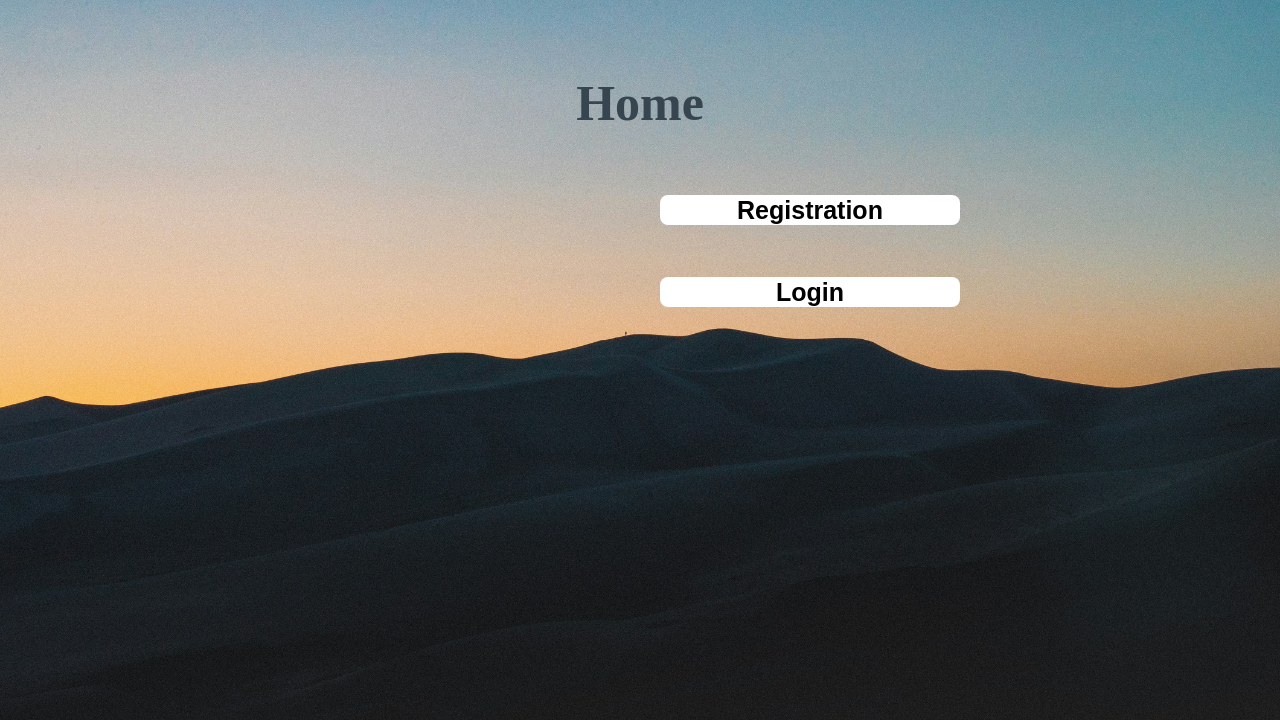
Repository: aboli-vyas/Servlet_Projects
Page: http://localhost/Sevlet_Project/
An editor plug-in stored every save of this project. The page is shown before and after the next save, followed by the edit.
The browser window is 1280 px wide. The pictures show the whole page.
The page is served by Tomcat 9.

Above is the page before, as saved 2025-06-09 16:04:57.

After the next save:
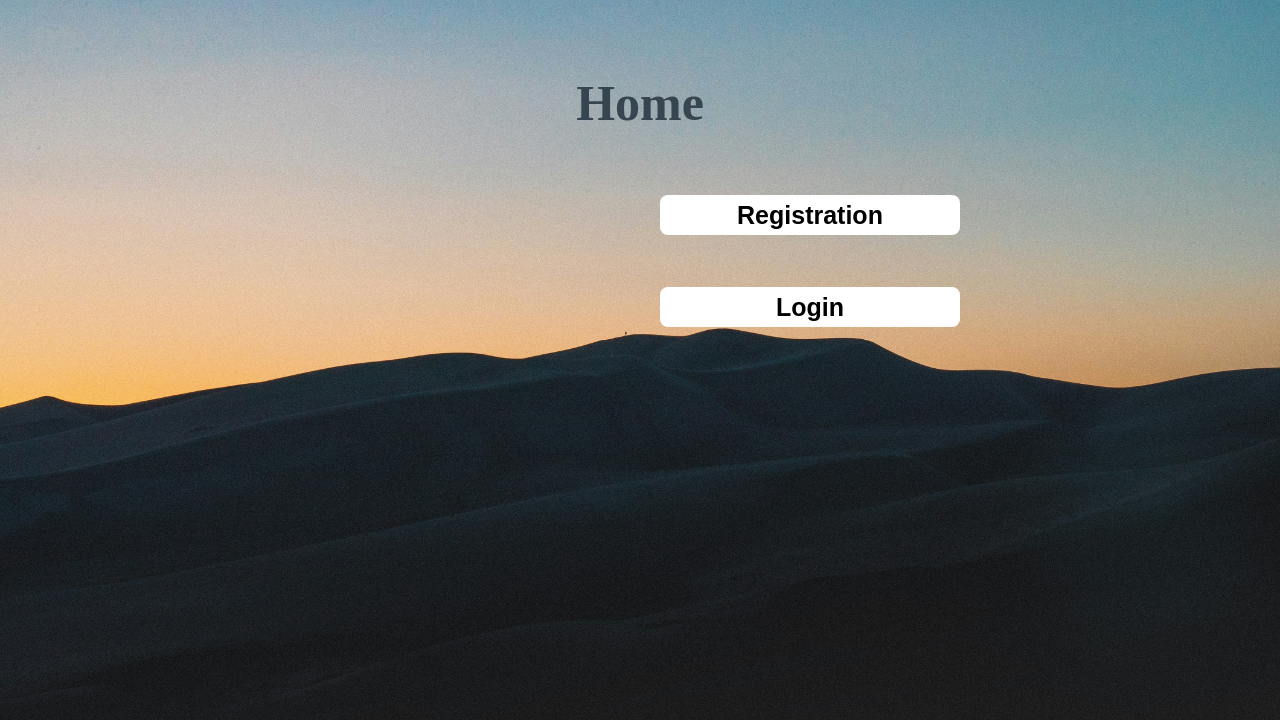
Saved 37 s later.
--- a/Sevlet_Project/src/main/webapp/style3.css
+++ b/Sevlet_Project/src/main/webapp/style3.css
@@ -17,7 +17,7 @@ h1{
 }
 button{
 	width:300px;
-	height: 30px;
+	height: 40px;
 	margin-top: 30px;
 	margin-left: 620px;
 	background: white ;
